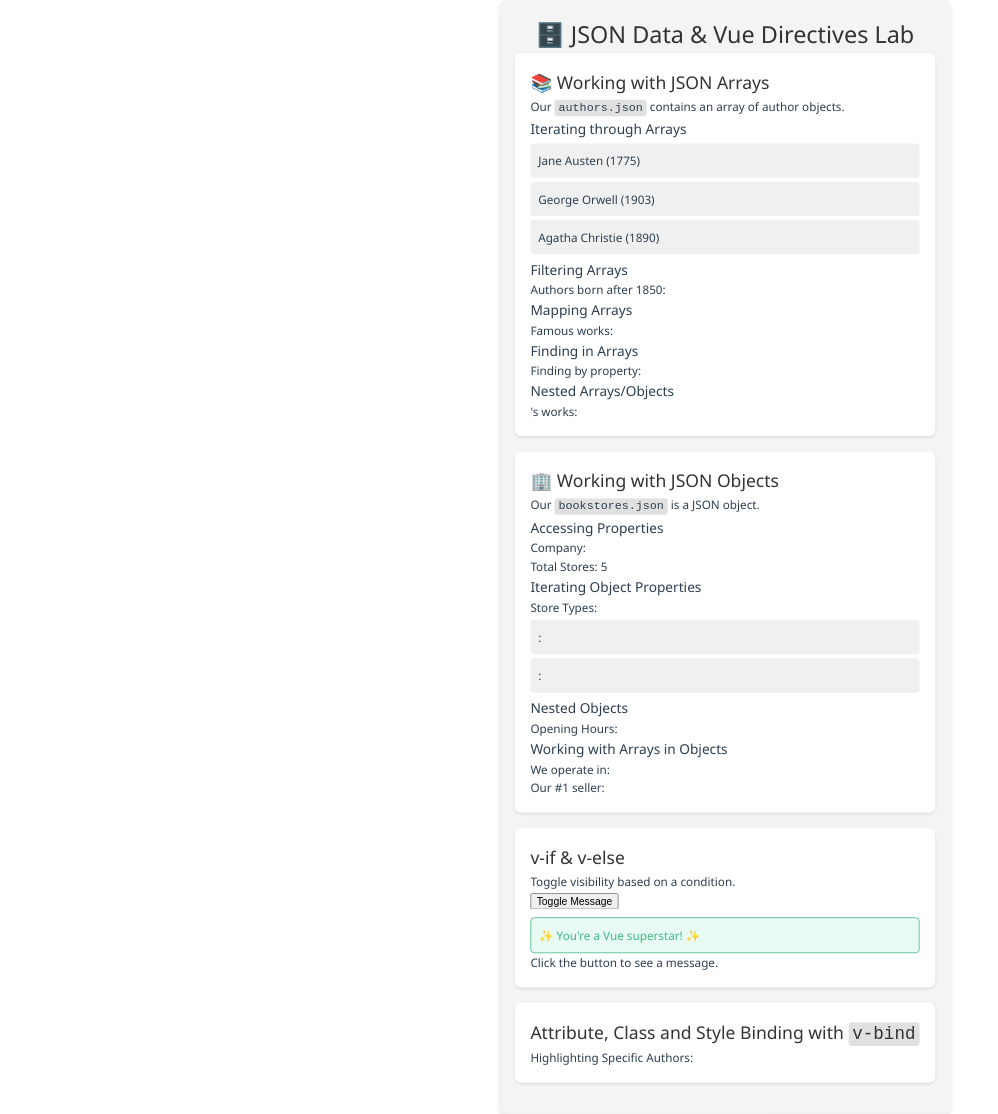
Repository: Andrew-JX/mji-library
Page: /
The author's editor kept a copy of each file at every save. The page is drawn from the files as they stood at one save, then again after a run of saves.
The browser window is 1280 px wide. The pictures show the whole page, at 78% of full size.
The project was rebuilt for these pictures with package versions that can differ from the ones it lists, and the page was loaded fresh each time. Also part of the build but not shown: vite.config.js.

Above is the page before, as saved 2025-08-06 14:11:24.

### src/App.vue
<script setup>
import JSONView from "./components/JSON.vue";
</script>

<template>
  <header>
  </header>

  <main>
    <JSONView />
  </main>
</template>

<style scoped>
header {
  line-height: 1.5;
}

.logo {
  display: block;
  margin: 0 auto 2rem;
}

@media (min-width: 1024px) {
  header {
    display: flex;
    place-items: center;
    padding-right: calc(var(--section-gap) / 2);
  }

  .logo {
    margin: 0 2rem 0 0;
  }

  header .wrapper {
    display: flex;
    place-items: flex-start;
    flex-wrap: wrap;
  }
}
</style>

### src/components/JSON.vue
<template>
  <div class="json-lab">
    <h1>🗄️ JSON Data & Vue Directives Lab</h1>

    <section class="lab-section">
      <h2>📚 Working with JSON Arrays</h2>
      <p>Our <code>authors.json</code> contains an array of author objects.</p>

      <h3>Iterating through Arrays</h3>
      <!-- Activity 6: Render a list containing author names and their birth years. Hint: Make use of the v-for directive to iterate through the array of authors. -->
      <!-- TODO: CODE TO RENDER LIST OF AUTHORS HERE -->
      <ul>
        <li v-for="author in authors" :key="author.id">
          {{ author.name }} ({{ author.birthYear }})
        </li>
      </ul>
      <h3>Filtering Arrays</h3>
      <!-- Activity 7: Render a list containing authors born after 1850. Hint: Make use of the v-for directive to iterate through the array of authors that you have filtered out. -->
      <p>Authors born after 1850:</p>
      <!-- TODO: CODE TO RENDER LIST OF AUTHORS HERE -->
      <ul>
        <li v-for="author in modernAuthors" :key="author.id">
          {{ author.name }} ({{ author.birthYear }})
        </li>
      </ul>
      <h3>Mapping Arrays</h3>
      <p>Famous works:</p>
      <ul>
        <!-- Activity 8: Render a list of all famous works. Hint: Use the v-for directive to iterate through the array of authors that you have filtered out. -->
        <!-- TODO: CODE TO RENDER LIST OF FAMOUS WORKS HERE -->
        <li v-for="work in allFamousWorks" :key="work">
          {{ work }}
        </li>
      </ul>

      <h3>Finding in Arrays</h3>
      <p>Finding by property: {{ orwell?.name }}</p>

      <h3>Nested Arrays/Objects</h3>
      <p>{{ austen?.name }}'s works:</p>
      <!-- Activity 9: Render a list of Austen's works. Hint: Use the v-for directive to iterate through the array of authors that you have filtered out. -->
      <!-- TODO: CODE TO RENDER LIST OF AUSTEN'S WORKS HERE -->
      <ul v-if="austen">
        <li v-for="(work, idx) in austen.famousWorks" :key="idx">
          {{ work.title }}
        </li>
      </ul>
    </section>

    <section class="lab-section">
      <h2>🏢 Working with JSON Objects</h2>
      <p>Our <code>bookstores.json</code> is a JSON object.</p>

      <h3>Accessing Properties</h3>
      <p>
        Company:
        <!-- Activity 9a: Get the company name from the bookstores object. -->
        {{ bookstores.company }}
        <!-- TODO: CODE TO GET COMPANY NAME HERE -->
      </p>

      <p>
        Total Stores:
        <!-- Activity 9b: Get the total number of stores from the bookstores object. -->
        <!-- TODO: CODE TO GET TOTAL STORES HERE -->
        {{ bookstores.totalStores }}
      </p>

      <h3>Iterating Object Properties</h3>
      <p>Store Types:</p>
      <!-- Activity 10: Iterate through the storeTypes array and display the store type and the number of stores that use that type. -->
      <!-- TODO: CODE TO RENDER LIST OF STORE TYPES HERE -->
      <ul>
        <li v-for="(store, idx) in bookstores.storeTypes" :key="idx">
          {{ store.type }}: {{ store.count }}
        </li>
      </ul>

      <h3>Nested Objects</h3>
      <p>Opening Hours:</p>
      <!-- Activity 11: Iterate through the openingHours object and display the day of the week and the opening and closing times. -->
      <!-- TODO: CODE TO RENDER LIST OF OPENING HOURS HERE -->

      <h3>Working with Arrays in Objects</h3>
      <!-- Activity 12: Get the top sellers from the bookstores object. -->
      <!-- TODO: CODE TO GET TOP SELLERS HERE -->
      <p>We operate in:</p>
      <p>Our #1 seller:</p>
    </section>

    <section class="lab-section">
      <h2>v-if & v-else</h2>
      <p>Toggle visibility based on a condition.</p>
      <!-- Activity 13: Toggle the message visibility when the button is clicked. -->
      <!-- TODO: CODE TO TOGGLE MESSAGE VISIBILITY HERE. Hint: Use the v-if directive. -->
      <button @click="showMessage = !showMessage">Toggle Message</button>
      <p class="message success">✨ You're a Vue superstar! ✨</p>
      <p>Click the button to see a message.</p>
    </section>

    <section class="lab-section">
      <h2>Attribute, Class and Style Binding with <code>v-bind</code></h2>
      <p>Highlighting Specific Authors:</p>

    </section>
  </div>
</template>

<script setup>
import { ref, computed } from "vue"
import authors from "../data/authors.json"
import bookstores from "../data/bookstores.json"

// Activity 1: Import JSON files (authors.json and bookstores.json)
// TODO: CODE TO IMPORT JSON FILES HERE

const showMessage = ref(false)

// Activity 2: Get authors born after 1850
const modernAuthors = computed(() => {
  // TODO: CODE TO FILTER ARRAY OF AUTHORS HERE
})

// Activity 3: Get all famous works
const allFamousWorks = computed(() => {
  // TODO: CODE TO GET ALL FAMOUS WORKS HERE
})

// Activity 4: Find author by name
const orwell = computed(() => {
  // TODO: CODE TO FIND AUTHOR BY NAME HERE
})

// Activity 5: Find author by ID
const austen = computed(() => {
  // TODO: CODE TO FIND AUTHOR BY ID HERE
})
</script>

<style scoped>
.json-lab {
  font-family: "Segoe UI", Tahoma, Geneva, Verdana, sans-serif;
  max-width: 80vw;
  margin: 0 auto;
  padding: 20px;
  background-color: #f4f4f4;
  border-radius: 10px;
  box-shadow: 0 4px 6px rgba(0, 0, 0, 0.1);
}

h1,
h2 {
  color: #333;
}

h1 {
  text-align: center;
}

.lab-section {
  background-color: white;
  padding: 20px;
  margin-bottom: 20px;
  border-radius: 8px;
  box-shadow: 0 2px 4px rgba(0, 0, 0, 0.1);
}

.message {
  padding: 10px;
  border-radius: 5px;
  margin-top: 10px;
}

.success {
  background-color: #e7faf3;
  color: #42b883;
  border: 1px solid #42b883;
}

.highlight {
  background-color: #42b883;
}

code {
  background-color: #e0e0e0;
  padding: 2px 5px;
  border-radius: 4px;
  font-family: "Courier New", Courier, monospace;
}

ul {
  list-style-type: none;
  padding: 0;
}

li {
  background-color: #f0f0f0;
  padding: 10px;
  margin: 5px 0;
  border-radius: 5px;
}
</style>

Loaded but not shown: index.html (common file); src/main.js (common file); src/assets/main.css (common file); src/assets/base.css (common file); src/assets/json/authors.json (common file); src/assets/json/bookstores.json (common file)

After the next 2 saves:
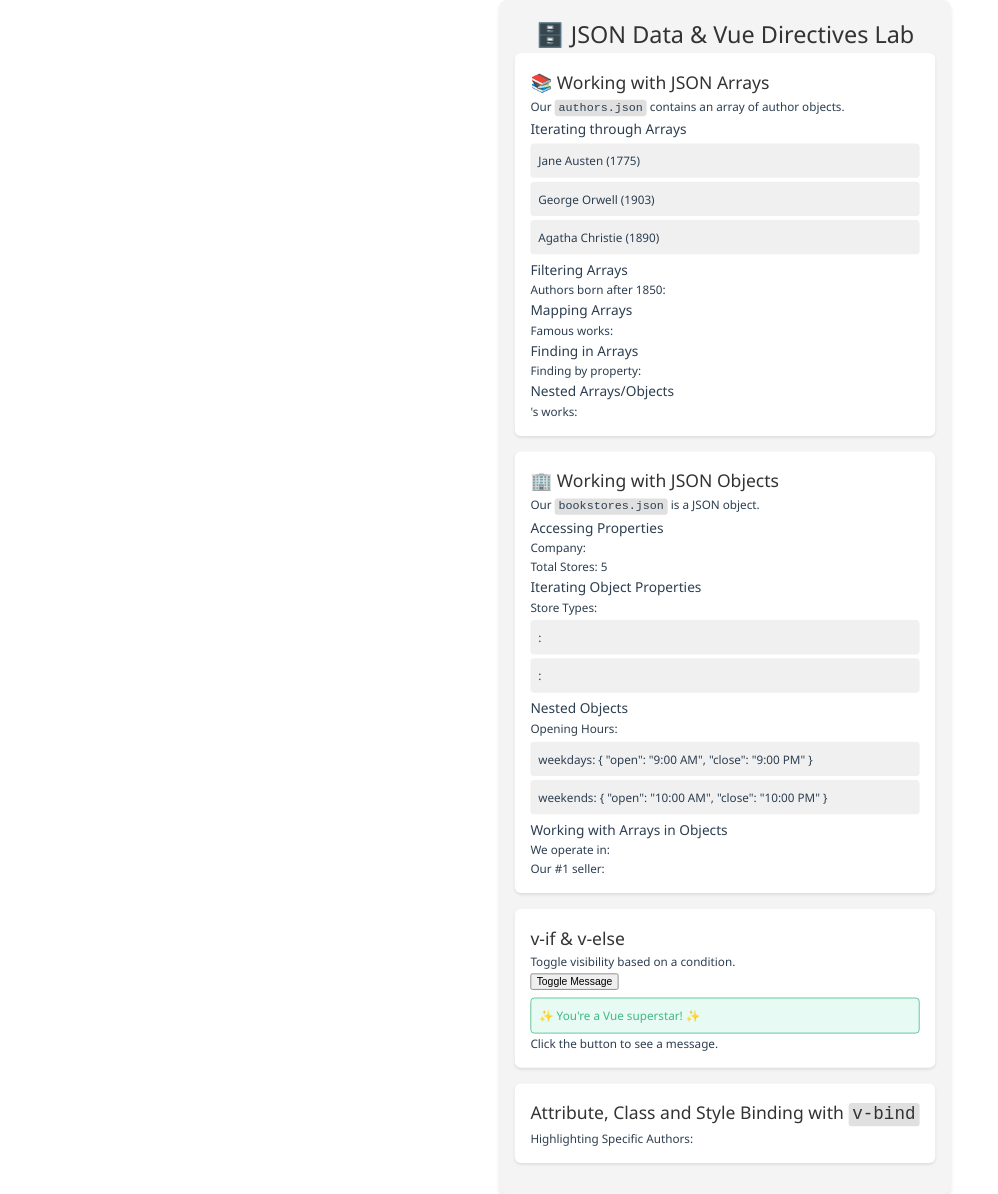
The 2 saves are shown as one change because they came seconds apart.
The last was saved 14 s later.
--- a/src/components/JSON.vue
+++ b/src/components/JSON.vue
@@ -80,6 +80,11 @@
       <p>Opening Hours:</p>
       <!-- Activity 11: Iterate through the openingHours object and display the day of the week and the opening and closing times. -->
       <!-- TODO: CODE TO RENDER LIST OF OPENING HOURS HERE -->
+      <ul>
+        <li v-for="(hours, day) in bookstores.openingHours" :key="day">
+          {{ day }}: {{ hours }}
+        </li>
+      </ul>
 
       <h3>Working with Arrays in Objects</h3>
       <!-- Activity 12: Get the top sellers from the bookstores object. -->
